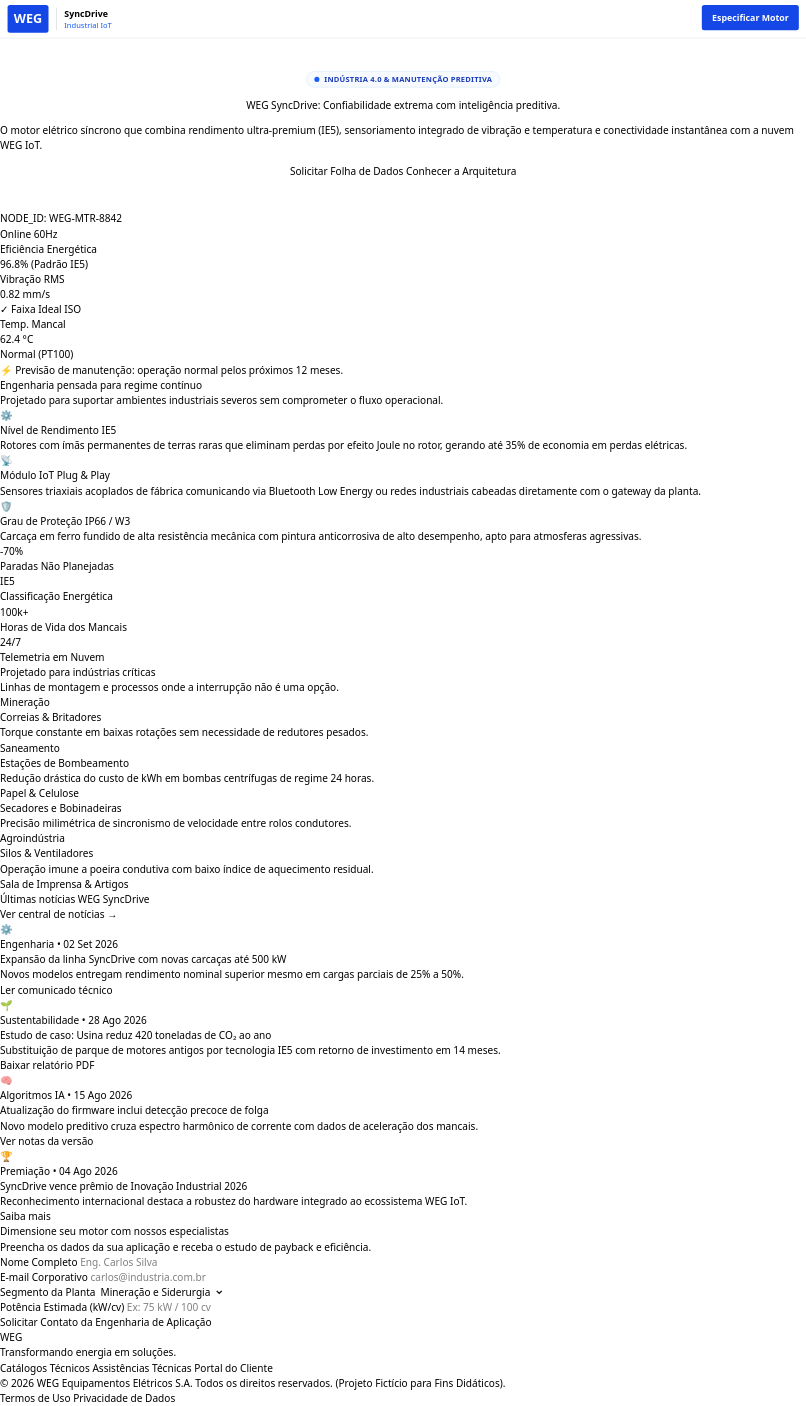
Repository: PatriciaHorst/tailwind-base
Page: index.html
The author's editor kept a copy of each file at every save. The page is drawn from the files as they stood at one save, then again after the next save.
The browser window is 1280 px wide. The pictures show the whole page, at 63% of full size.

Above is the page before, as saved 2026-09-08 19:49:16.

After the next save:
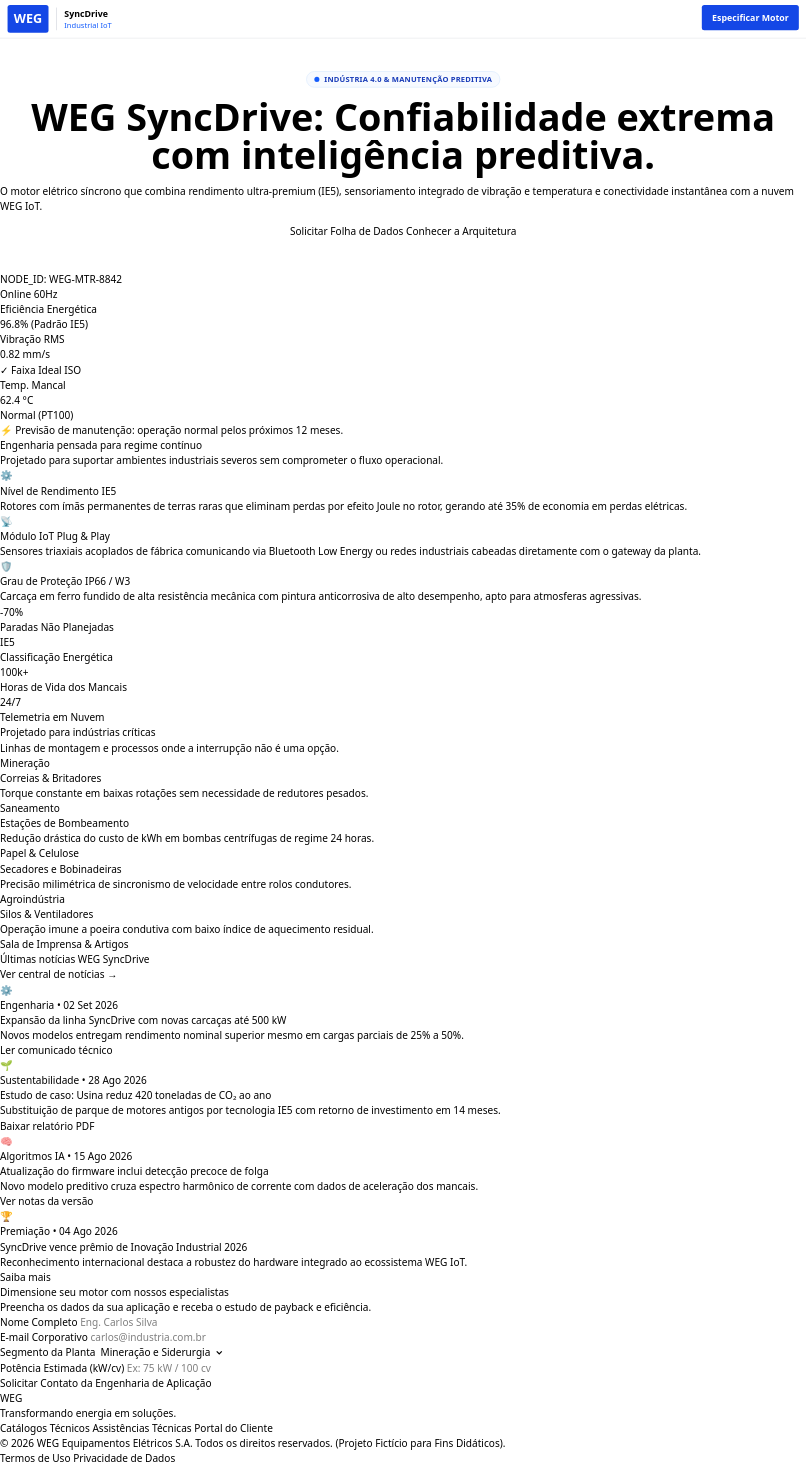
Saved 8 s later.
--- a/index.html
+++ b/index.html
@@ -60,7 +60,7 @@
               <span class="h-2 w-2 rounded-full bg-blue-600"></span>
               <span>INDÚSTRIA 4.0 & MANUTENÇÃO PREDITIVA</span>
             </div>
-            <h1 class="text-center text-font-black">WEG SyncDrive: Confiabilidade extrema com inteligência preditiva.</h1>
+            <h1 class="text-center text-6xl font-black">WEG SyncDrive: Confiabilidade extrema com inteligência preditiva.</h1>
             <p>
               O motor elétrico síncrono que combina rendimento ultra-premium (IE5), sensoriamento integrado de vibração e temperatura e conectividade instantânea com a nuvem WEG IoT.
             </p>
